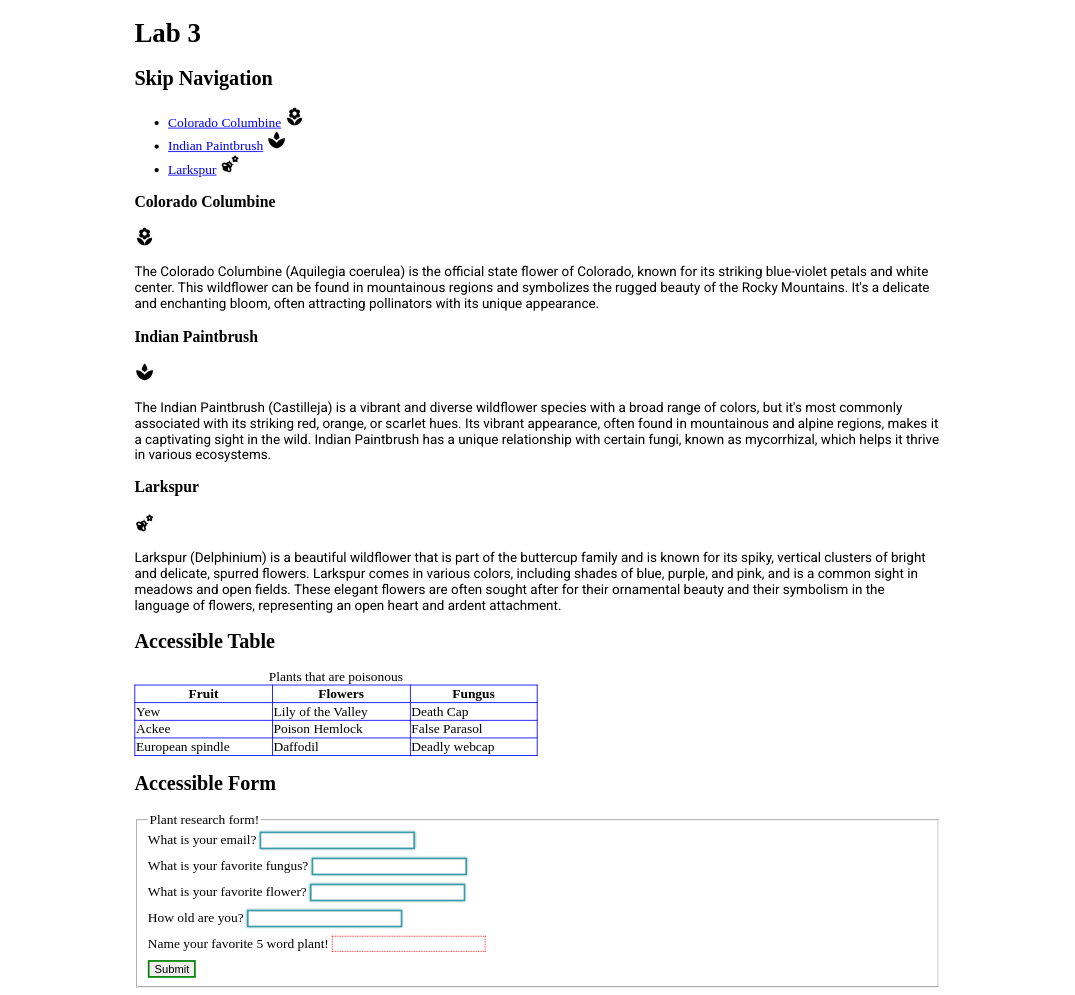
Repository: ethan-schrauf/UniversalDesignWebsite
Page: lab3.html
The author's editor kept a copy of each file at every save. The page is drawn from the files as they stood at one save, then again after the next save.
The browser window is 1280 px wide. The pictures show the whole page, at 84% of full size.

Above is the page before, as saved 2023-10-26 11:35:19.

After the next save:
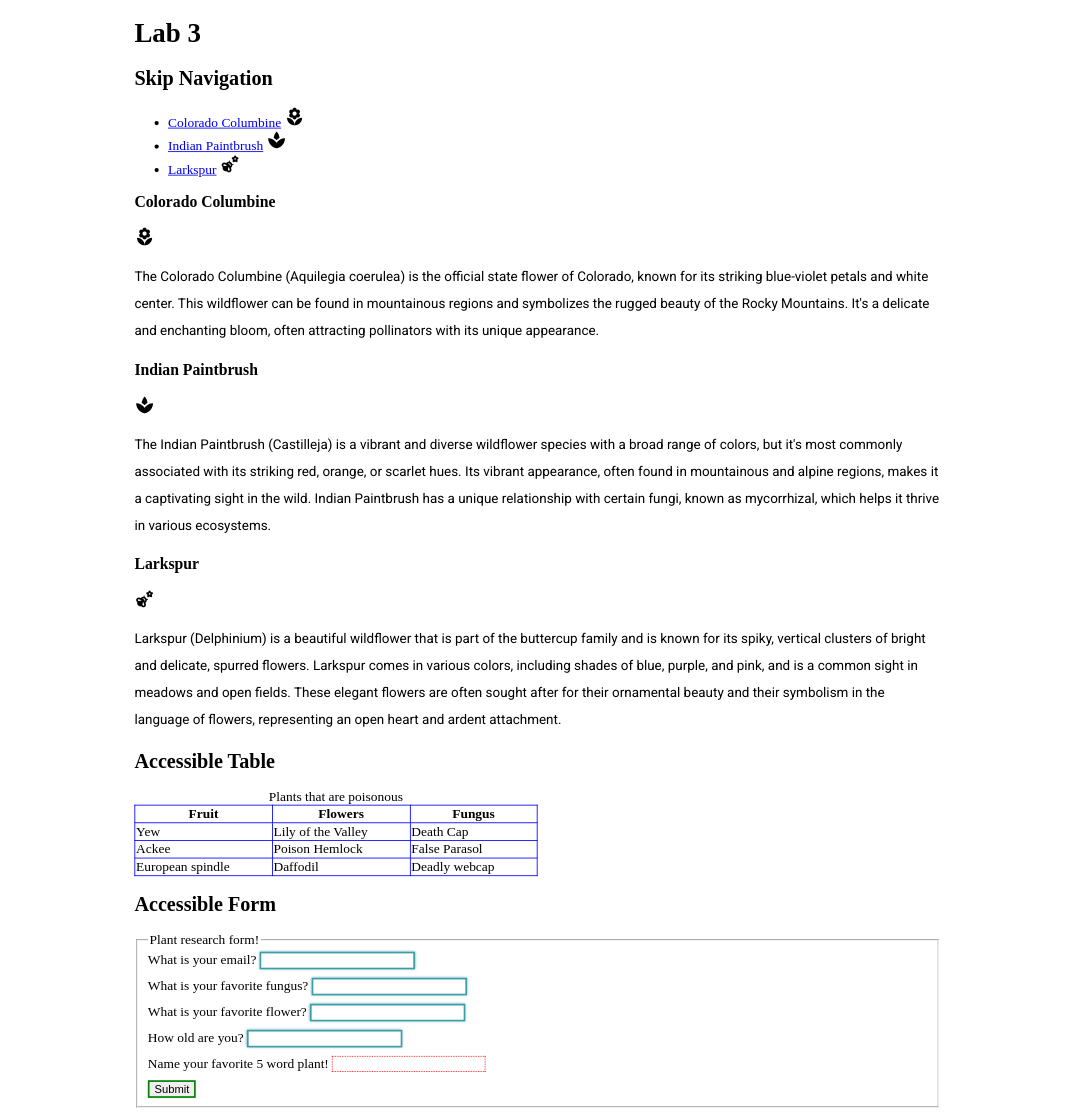
Saved 3 min 59 s later.
--- a/lab3.css
+++ b/lab3.css
@@ -22,6 +22,7 @@
 
 p {
     font-family: 'Roboto', sans-serif;
+    line-height: 2em;
 }
 
 table {
